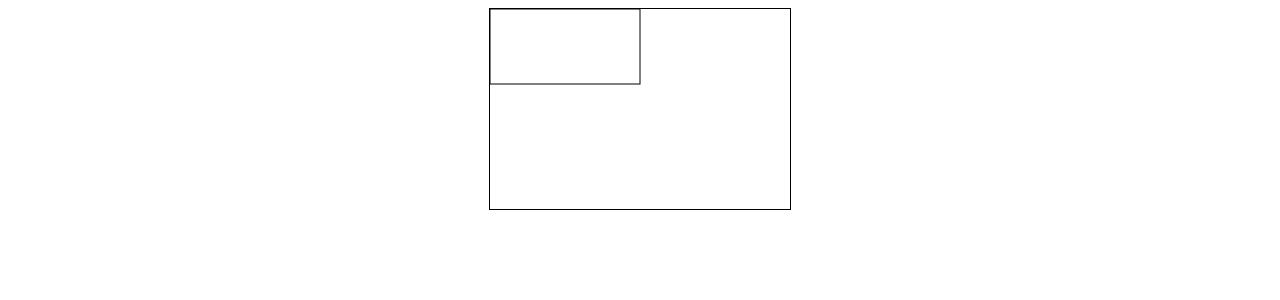
Repository: BhardwajMonika/core-java
Page: HTML2/WebContent/Canvas1.html
The author's editor kept a copy of each file at every save. The page is drawn from the files as they stood at one save, then again after the next save.
The browser window is 1280 px wide. The pictures show the whole page.

Above is the page before, as saved 2019-02-27 09:22:44.

After the next save:
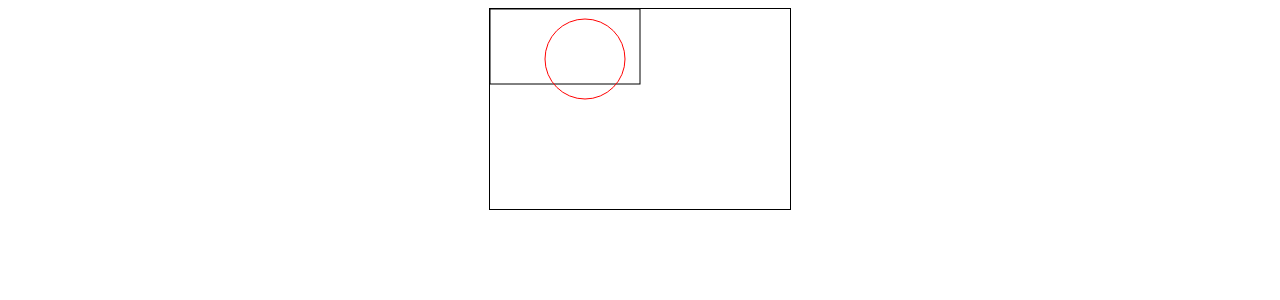
Saved 15 s later.
--- a/HTML2/WebContent/Canvas1.html
+++ b/HTML2/WebContent/Canvas1.html
@@ -15,14 +15,14 @@
 	var c = document.getElementById("myCanvas");
 	var ctx = c.getContext("2d");
 
-	ctx.stroke();
+
 	ctx.drawStyle = "#FF0000";
 	ctx.strokeRect(0, 0, 150, 75);
 
 	ctx.beginPath();
 	ctx.strokeStyle="#FF0000"
 	ctx.arc(95,50,40,0,2*Math.PI);
-
+	ctx.stroke();
 </script>
 
 </body>
